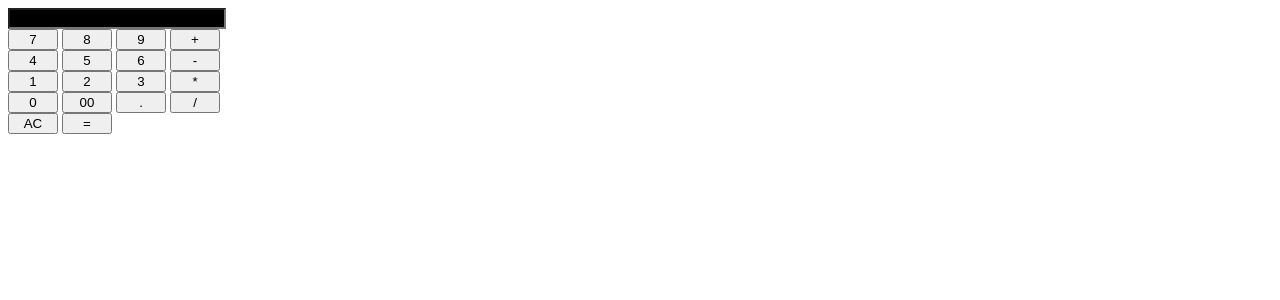
Repository: yamadayurika/rails
Page: Calculator/calculator.html
The author's editor kept a record of every edit. The page is drawn from the files as they stood at one moment, then again after the next edit.
The browser window is 1280 px wide. The pictures show the whole page.

Above is the page before.

### Calculator/calculator.html
<!DOCTYPE html>
<html>
<head>
  <meta charset="utf-8"/>
  <title>sample</title>
  <link rel="stylesheet" href="calculator.css">
</head>
<body>
  <input type="text" id="result">
  <div>
    <input type="button" value="7" onclick="edit(this)">
    <input type="button" value="8" onclick="edit(this)">
    <input type="button" value="9" onclick="edit(this)">
    <input type="button" value="+" onclick="edit(this)">
  </div>
  <div>
    <input type="button" value="4" onclick="edit(this)">
    <input type="button" value="5" onclick="edit(this)">
    <input type="button" value="6" onclick="edit(this)">
    <input type="button" value="-" onclick="edit(this)">
  </div>
  <div>
    <input type="button" value="1" onclick="edit(this)">
    <input type="button" value="2" onclick="edit(this)">
    <input type="button" value="3" onclick="edit(this)">
    <input type="button" value="*" onclick="edit(this)">
  </div>
  <div>
    <input type="button" value="0" onclick="edit(this)">
    <input type="button" value="00" onclick="edit(this)">
    <input type="button" value="." onclick="edit(this)">
    <input type="button" value="/" onclick="edit(this)">
  </div>
  <div>
    <input class="longkey" type="button" value="AC" onclick="clearAll()">
    <input class="longkey" type="button" value="=" onclick="calc()">
  </div>

  <script language="javascript" type="text/javascript">
    var result = document.getElementById("result");
    function edit(elem) {
      result.value = result.value + elem.value;
    }
    function calc() {
      result.value = new Function("return " + result.value)();
    }

    function clearAll() {
       var result = document.getElementById("result");
       result.value = '';
    }

  </script>
</body>
</html>

### Calculator/calculator.css
#result {
  width: 210px;
  background-color: black;
  color: white;
}

input {
  width: 50px;
}

.long {
  width: 210%;
}

After the next edit:
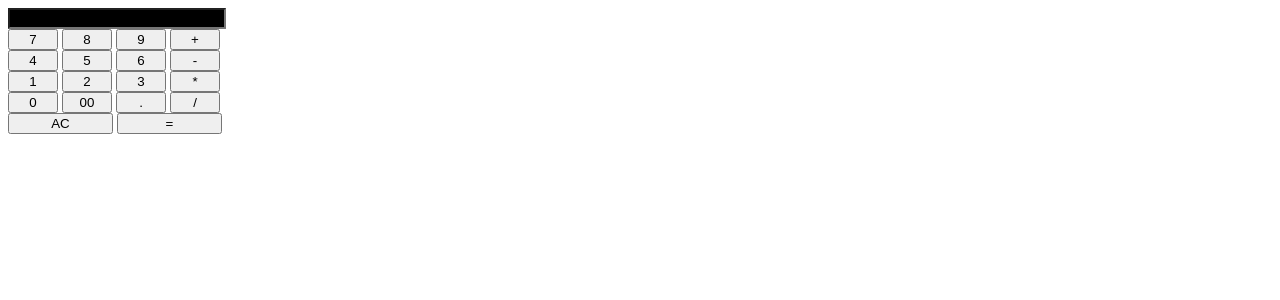
The edit:
--- a/Calculator/calculator.css
+++ b/Calculator/calculator.css
@@ -8,6 +8,6 @@
   width: 50px;
 }
 
-.long {
-  width: 210%;
+input.longkey {
+  width: 105px;
 }
